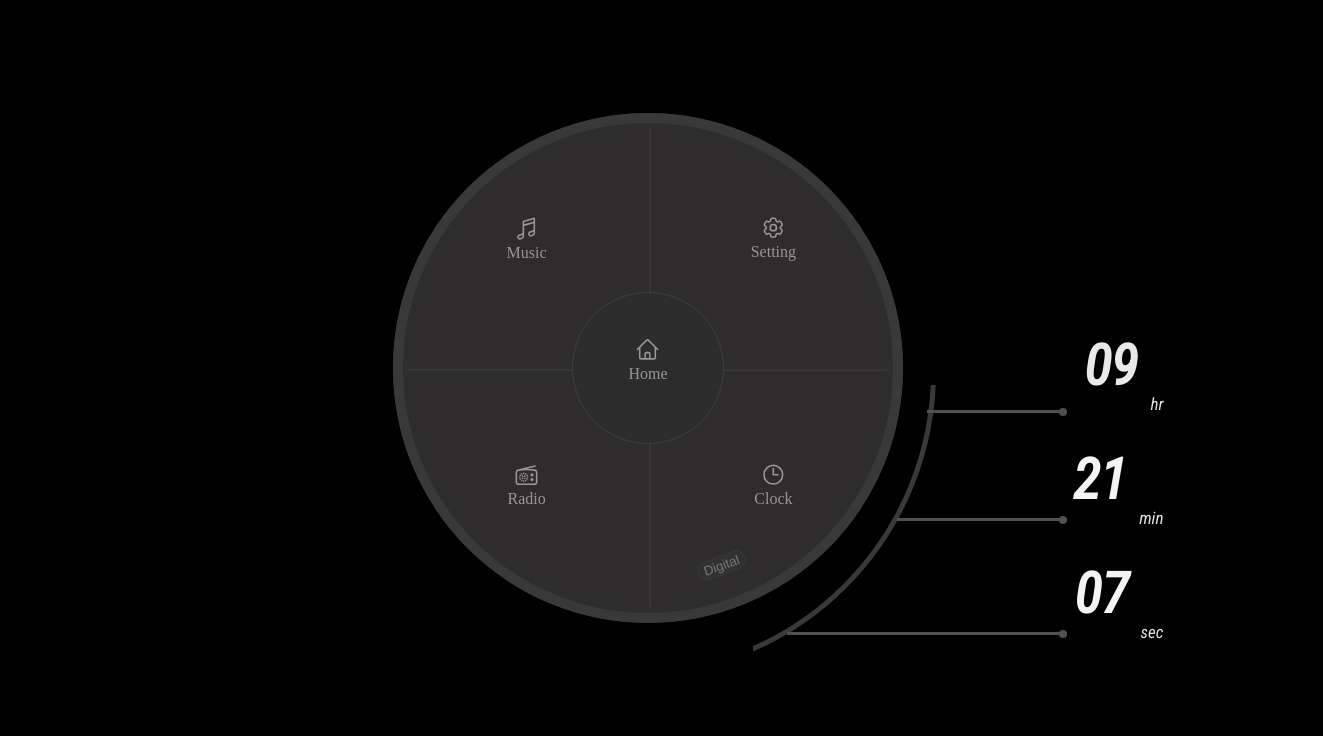
Repository: hsumyatm7308/Basecycle
Page: index.html
An editor plug-in stored every save of this project. The page is shown before and after the next save, followed by the edit.
The browser window is 1280 px wide. The page is 1323 px wide, so the pictures cover 1323 px, including what lies to the right of the window. The pictures show the whole page.

Above is the page before, as saved 2023-06-03 00:07:08.

After the next save:
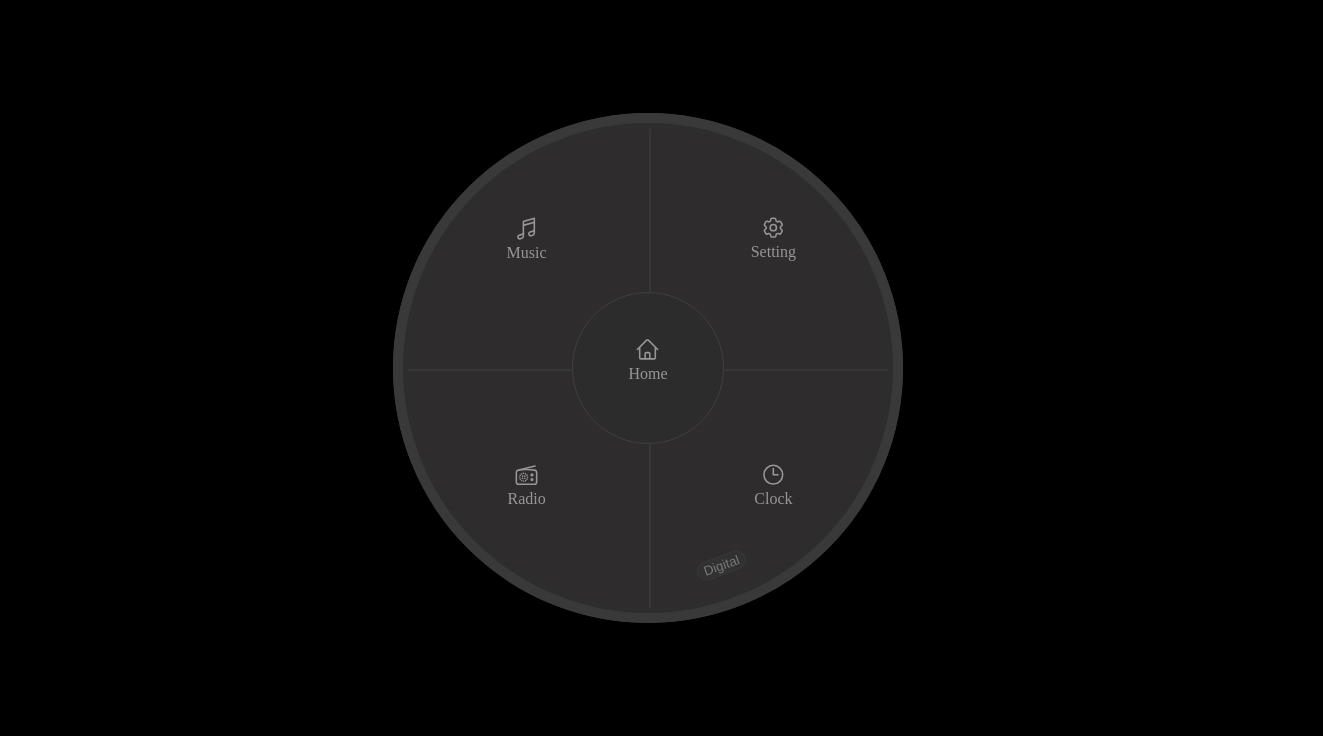
Saved 18 s later.
--- a/index.html
+++ b/index.html
@@ -195,8 +195,8 @@
          <h1 id="se" class="digtime">20 <span>sec</span></h1>
 
 
-         <div id="dgid1" class="  "></div>
-         <div id="dgid2" class=" "></div>
+         <div id="dgid1" class="digiani1  "></div>
+         <div id="dgid2" class="digiani2 "></div>
     </div>
 
 
